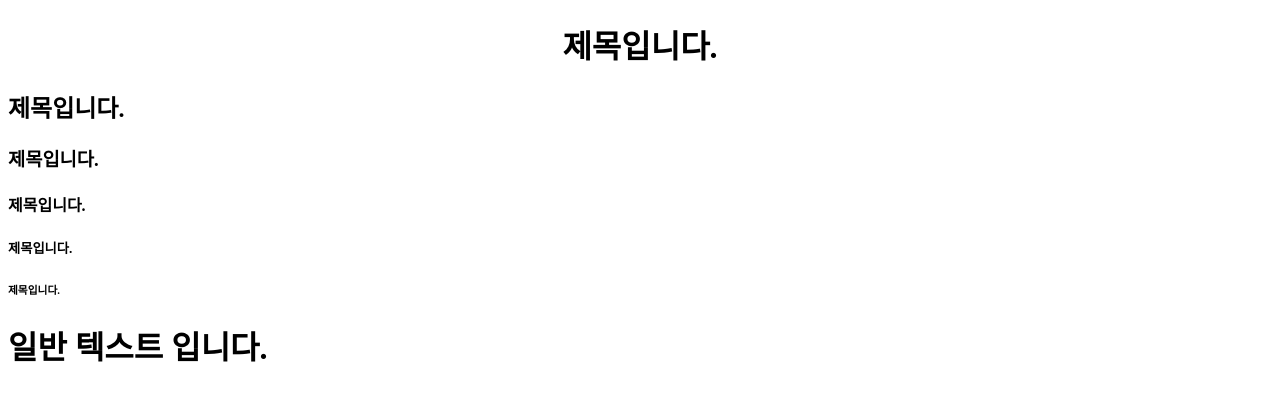
Repository: Hswwwww/WEB
Page: ClientTest/src/main/webapp/html/ex06_heading.html
These files come from the project's save history. The page is drawn as it stood at one moment and after the next save; the edit follows.
The browser window is 1280 px wide. The pictures show the whole page.

Above is the page before, as saved 2024-03-12 08:46:17.

### ClientTest/src/main/webapp/html/ex06_heading.html
<!DOCTYPE html>
<html>
<head>
<meta charset="UTF-8">
<title>Insert title here</title>
</head>
<body>
<!--

	<hn>, heading
	- 제목을 표현하는 태그
	- n : 1~6
	- <h1>,<h2>,<h3>,<h4>,<h5>,<h6>
	- 숫자가 클수록 중요도가 떨어짐
	- 시각적: 굵고 + 크게
	- 의미(역할)이 중요 : 제목 역할을 한다!!
	- 쌍태그, 혼합형
	- 검색 엔진이 수집하는 대상

	h1.align 속성
	- horiaontal alognment, 수평 정렬
	- left, center. right



	시맨틱 웹(Semantic Web)

  -->

  <h1 align = "center">제목입니다.</h1>
  <h2 align = "light">제목입니다.</h2>
  <h3>제목입니다.</h3>
  <h4>제목입니다.</h4>
  <h5>제목입니다.</h5>
  <h6>제목입니다.</h6>


  <p><font size = 6><b>일반 텍스트 입니다.</b></font></p>
</body>
</html>

After the next save:
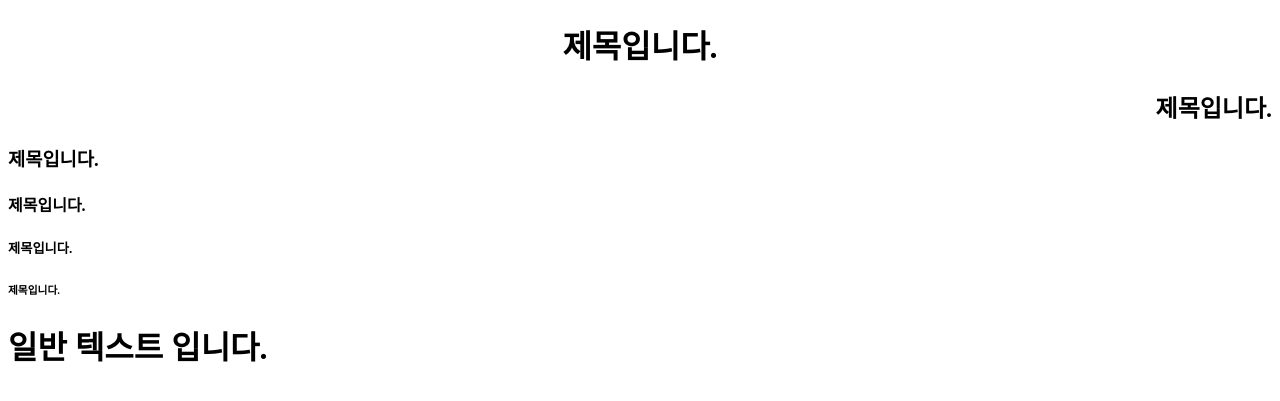
Saved 16 s later.
--- a/ClientTest/src/main/webapp/html/ex06_heading.html
+++ b/ClientTest/src/main/webapp/html/ex06_heading.html
@@ -28,7 +28,7 @@
   -->
 
   <h1 align = "center">제목입니다.</h1>
-  <h2 align = "light">제목입니다.</h2>
+  <h2 align = "right">제목입니다.</h2>
   <h3>제목입니다.</h3>
   <h4>제목입니다.</h4>
   <h5>제목입니다.</h5>
